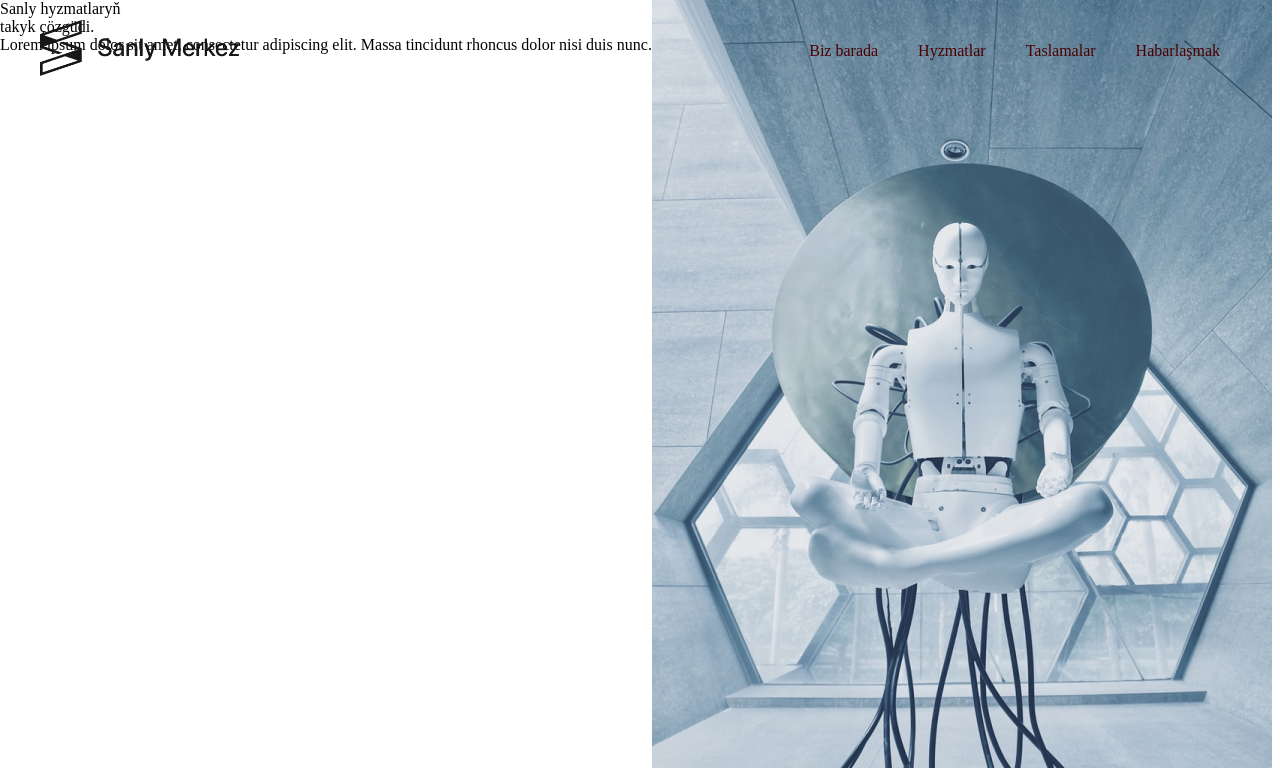
Repository: Meylis7/Sanly-Merkez-Web
Page: main.html
These files come from the project's save history. The page is drawn as it stood at one moment and after the next save; the edit follows.
The browser window is 1280 px wide. The pictures show the whole page.

Above is the page before, as saved 2022-04-25 18:24:46.

### main.html
<!DOCTYPE html>
<html lang="en" dir="ltr">
  <head>
    <meta charset="utf-8">
    <meta name="viewport" content="width=device-width, initial-scale=1.0">
    <title>Sanly merkez</title>
    <link rel="stylesheet" href="./css/main.css">
  </head>
  <body>
    <div class="main-container">
      <div class="header-container">
        <header>
          <a href="#" class="brand"><img src="/assets/logo.png" alt=""></a>
          <div class="menu">
            <div class="btn">
                <svg class="close-btn" xmlns="http://www.w3.org/2000/svg" aria-hidden="true" role="img" width="1em" height="1em" preserveAspectRatio="xMidYMid meet" viewBox="0 0 20 20"><path fill="currentColor" fill-rule="evenodd" d="M4.293 4.293a1 1 0 0 1 1.414 0L10 8.586l4.293-4.293a1 1 0 1 1 1.414 1.414L11.414 10l4.293 4.293a1 1 0 0 1-1.414 1.414L10 11.414l-4.293 4.293a1 1 0 0 1-1.414-1.414L8.586 10L4.293 5.707a1 1 0 0 1 0-1.414Z" clip-rule="evenodd"/></svg>
            </div>
            <a href="#">Biz barada</a>
            <a href="#">Hyzmatlar</a>
            <a href="#">Taslamalar</a>
            <a href="#">Habarlaşmak</a>
          </div>
          <div class="btn">
            <svg class="menu-btn" xmlns="http://www.w3.org/2000/svg" aria-hidden="true" role="img" width="1em" height="1em" preserveAspectRatio="xMidYMid meet" viewBox="0 0 20 20"><path fill="currentColor" fill-rule="evenodd" d="M3 5a1 1 0 0 1 1-1h12a1 1 0 1 1 0 2H4a1 1 0 0 1-1-1Zm0 5a1 1 0 0 1 1-1h12a1 1 0 1 1 0 2H4a1 1 0 0 1-1-1Zm6 5a1 1 0 0 1 1-1h6a1 1 0 1 1 0 2h-6a1 1 0 0 1-1-1Z" clip-rule="evenodd"/></svg>
          </div>
        </header>
      </div>

      <div class="home-section">
        <div class="home-container">
          <div class="home-left-content">
            <div class="home-slogan">
              <p>Sanly hyzmatlaryň <br>
                takyk çözgüdi.</p>
                <p>Lorem ipsum dolor sit amet, consectetur adipiscing elit. Massa tincidunt rhoncus dolor nisi duis nunc.</p>
            </div>
          </div>
          <div class="home-right-content">
            <img src="./assets/mainphoto.png" alt="">
          </div>
        </div>
      </div>

    </div>



    <script type="text/javascript">
    //javascript for navigation bar effect on scroll
    window.addEventListener("scroll", function(){
      var header = document.querySelector("header");
      header.classList.toggle('sticky', window.scrollY > 0);
    });

    //javascript for responsive navigation sidebar menu
    var menu = document.querySelector('.menu');
    var menuBtn = document.querySelector('.menu-btn');
    var closeBtn = document.querySelector('.close-btn');

    menuBtn.addEventListener("click", () => {
      menu.classList.add('active');
    });

    closeBtn.addEventListener("click", () => {
      menu.classList.remove('active');
    });
    </script>

  </body>
</html>

### css/main.css

*{
  margin: 0;
  padding: 0;
  box-sizing: border-box;
}

body{
  min-height: 100vh;
}
header{
  z-index: 999;
  position: fixed;
  top: 0;
  left: 0;
  width: 100%;
  display: flex;
  justify-content: space-between;
  align-items: center;
  padding: 20px 40px;
  transition: 0.6s;
  transform: translate(calc(50vw - 50%));
}

header.sticky{
  background: #1483D5;
  padding: 15px 100px;
}

header .brand{
  color: #fff;
  font-size: 30px;
  font-weight: 700;
  text-transform: uppercase;
  text-decoration: none;
  letter-spacing: 2px;
}

header .menu{
  position: relative;
  display: flex;
  justify-content: center;
  align-items: center;
}

header .menu a{
  color: rgb(76, 0, 0);
  font-size: 16px;
  font-weight: 500;
  text-decoration: none;
  margin: 0 10px;
  padding: 0 10px;
  border-radius: 20px;
  transition: 0.3s;
  transition-property: color, background;
}

header .menu a:hover{
  color: #000;
  background: #fff;
}

header .btn{
  color: rgb(94, 0, 0);
  font-size: 25px;
  cursor: pointer;
  display: none;
}
/* .main-container{
    max-width: 1240px;
    height: 100%;
    margin: 0 auto;
} */
.brand{
  width: 200px;
}
.brand img{
  width: 100%;
}
.home-container{
  display: flex;
  width: 100%;
}
.home-left-container,.home-right-container{
  flex: 1;
}


@media (max-width: 1060px){
  header .btn{
    display: block;
  }

  header .menu{
    position: fixed;
    background: #1483D5;
    flex-direction: column;
    min-width: 400px;
    height: 100vh;
    top: 0;
    right: -100%;
    padding: 80px 50px;
    transition: 0.5s;
    transition-property: right;
  }

  header .menu.active{
    right: 0;
  }

  header .menu .close-btn{
    position: absolute;
    top: 0;
    left: 0;
    margin: 25px;
  }

  header .menu a{
    display: block;
    font-size: 20px;
    margin: 20px;
    padding: 0 15px;
  }
}

After the next save:
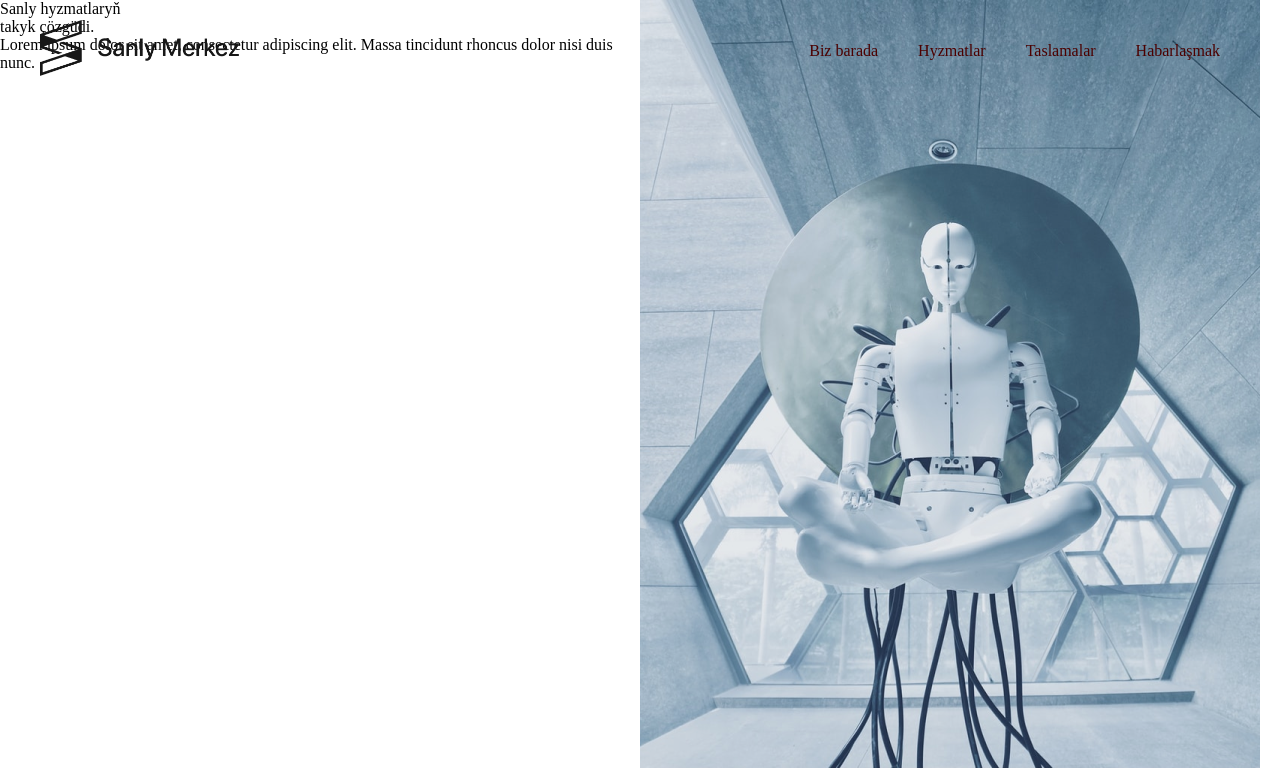
Saved 19 s later.
--- a/css/main.css
+++ b/css/main.css
@@ -81,7 +81,7 @@ header .btn{
   display: flex;
   width: 100%;
 }
-.home-left-container,.home-right-container{
+.home-left-content,.home-right-content{
   flex: 1;
 }
 
